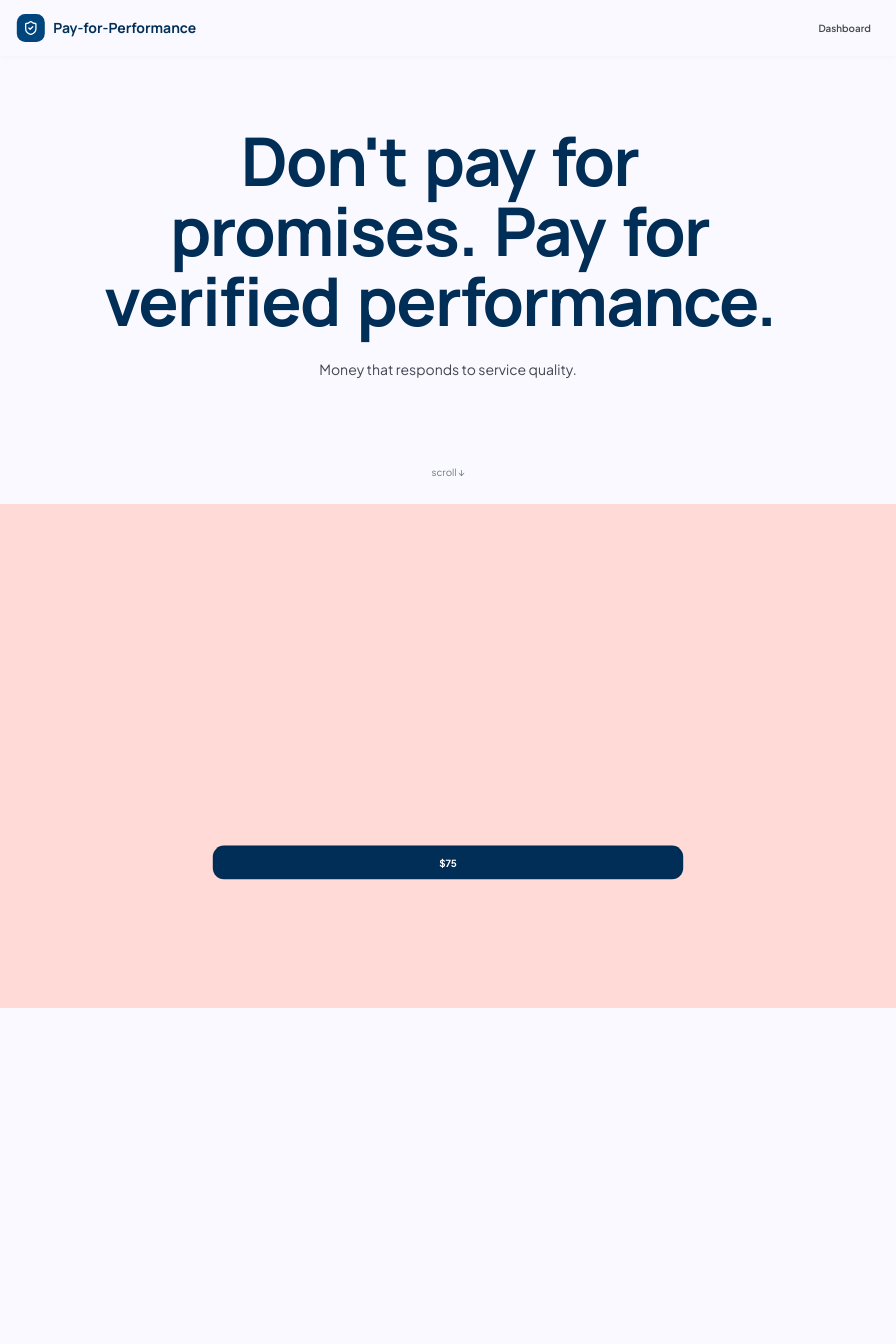
Repository: ParasChavan02/Pay-for-Performance
Page: / (app in frontend/)
An editor plug-in stored every save of this project. The page is shown before and after the next save, followed by the edit.
The browser window is 1280 px wide. The pictures show the part of the page from y = 0 to 1920 px (the page is 4328 px tall), at 70% of full size.
The project was rebuilt for these pictures with package versions that can differ from the ones it lists, and the page was loaded fresh each time. Some packages were replaced by stand-ins written for this rebuild. The framework's server and built-in components were replaced by stand-ins that run in the browser. Also part of the build but not shown: frontend/next.config.ts.

Above is the page before, as saved 2026-11-09 17:26:00.

### frontend/app/layout.tsx
import type { Metadata } from "next";
import { Manrope, Plus_Jakarta_Sans } from "next/font/google";
import "./globals.css";
import Navbar from "@/components/Navbar";
import SmoothScroll from "@/components/SmoothScroll";

const manrope = Manrope({ subsets: ["latin"], variable: "--font-manrope", weight: ["600", "700"] });
const jakarta = Plus_Jakarta_Sans({ subsets: ["latin"], variable: "--font-jakarta" });

export const metadata: Metadata = {
  title: "Pay-for-Performance",
  description: "Don't pay for promises. Pay for verified performance.",
};

export default function RootLayout({ children }: { children: React.ReactNode }) {
  return (
    <html lang="en">
      <body className={`${manrope.variable} ${jakarta.variable}`}>
        <SmoothScroll>
          <Navbar />
          {children}
        </SmoothScroll>
      </body>
    </html>
  );
}

### frontend/app/page.tsx
import SmoothScroll from "@/components/SmoothScroll";
import Hero from "@/components/Hero";
import ScrollStory from "@/components/ScrollStory";
import Finale from "@/components/Finale";

export default function Home() {
  return (
    <SmoothScroll>
      <main>
        <Hero />
        <ScrollStory />
        <Finale />
      </main>
    </SmoothScroll>
  );
}

### frontend/app/globals.css
@import "tailwindcss";

@theme inline {
  --color-background: #f9f9ff;
  --color-primary: #002e56;
  --color-primary-container: #00457c;
  --color-on-primary: #ffffff;
  --color-on-primary-container: #85b4f1;
  --color-secondary: #006d37;
  --color-on-secondary: #ffffff;
  --color-secondary-container: #91f8ad;
  --color-on-secondary-container: #00743b;
  --color-error: #ba1a1a;
  --color-error-container: #ffdad6;
  --color-on-surface: #111c2d;
  --color-on-surface-variant: #424750;
  --color-outline: #727781;
  --color-outline-variant: #c2c6d1;
  --color-surface-container-lowest: #ffffff;
  --color-surface-container-low: #f0f3ff;
  --color-surface-container: #e7eeff;
  --color-surface-container-high: #dee8ff;
  --color-surface-container-highest: #d8e3fb;

  --font-headline: var(--font-manrope);
  --font-body: var(--font-jakarta);
}

body {
  background: var(--color-background);
  color: var(--color-on-surface);
  font-family: var(--font-jakarta), sans-serif;
  -webkit-font-smoothing: antialiased;
}

### frontend/components/Navbar.tsx
import Link from "next/link";
import { ShieldCheck } from "lucide-react";

export default function Navbar() {
  return (
    <header className="fixed top-0 left-0 w-full z-50 bg-background/90 backdrop-blur-xl shadow-[0_1px_8px_rgba(0,0,0,0.04)]">
      <div className="h-20 max-w-[1280px] mx-auto px-6 flex items-center justify-between">
        <Link href="/" className="flex items-center gap-3">
          <div className="w-10 h-10 rounded-xl bg-primary-container text-on-primary flex items-center justify-center">
            <ShieldCheck size={22} />
          </div>
          <span className="font-headline font-bold text-xl text-primary">
            Pay-for-Performance
          </span>
        </Link>
        <nav className="flex items-center gap-2">
          <Link href="/dashboard" className="px-3 py-2 rounded-lg text-sm font-semibold text-on-surface-variant hover:bg-surface-container">
            Dashboard
          </Link>
        </nav>
      </div>
    </header>
  );
}

### frontend/components/SmoothScroll.tsx
"use client";
import { useEffect } from "react";
import Lenis from "lenis";

export default function SmoothScroll({
  children,
}: {
  children: React.ReactNode;
}) {
  useEffect(() => {
    const lenis = new Lenis({ lerp: 0.1, anchors: true });
    let id: number;

    const raf = (time: number) => {
      lenis.raf(time);
      id = requestAnimationFrame(raf);
    };
    id = requestAnimationFrame(raf);

    return () => {
      cancelAnimationFrame(id);
      lenis.destroy();
    };
  }, []);

  return <>{children}</>;
}

### frontend/components/Hero.tsx
"use client";
import { motion } from "motion/react";

const words = "Don't pay for promises. Pay for verified performance.".split(" ");

export default function Hero() {
  return (
    <section className="h-screen flex flex-col items-center justify-center text-center px-6 relative">
      <h1 className="font-headline font-bold text-primary tracking-tight text-5xl md:text-8xl max-w-5xl leading-[1.05]">
        {words.map((word, i) => (
          <motion.span
            key={i}
            initial={{ opacity: 0, y: 30, filter: "blur(8px)" }}
            animate={{ opacity: 1, y: 0, filter: "blur(0px)" }}
            transition={{
              delay: i * 0.08,
              duration: 0.7,
              ease: [0.22, 1, 0.36, 1],
            }}
            className="inline-block mr-[0.25em]"
          >
            {word}
          </motion.span>
        ))}
      </h1>

      <motion.p
        initial={{ opacity: 0 }}
        animate={{ opacity: 1 }}
        transition={{ delay: 1.2, duration: 1 }}
        className="mt-8 text-xl text-on-surface-variant"
      >
        Money that responds to service quality.
      </motion.p>

      <motion.div
        animate={{ y: [0, 8, 0] }}
        transition={{ repeat: Infinity, duration: 1.8 }}
        className="absolute bottom-10 text-outline text-sm"
      >
        scroll ↓
      </motion.div>
    </section>
  );
}

### frontend/components/ScrollStory.tsx
"use client";
import { useRef } from "react";
import { motion, useScroll, useTransform } from "motion/react";

export default function ScrollStory() {
  const ref = useRef<HTMLDivElement>(null);

  const { scrollYProgress: p } = useScroll({
    target: ref,
    offset: ["start start", "end end"],
  });

  // text fades in and out at different scroll points
  const t1 = useTransform(p, [0, 0.08, 0.28, 0.35], [0, 1, 1, 0]);
  const t2 = useTransform(p, [0.35, 0.42, 0.6, 0.66], [0, 1, 1, 0]);
  const t3 = useTransform(p, [0.66, 0.74, 1], [0, 1, 1]);

  // background turns red during the outage
  const bg = useTransform(
    p,
    [0.3, 0.45, 0.62, 0.7],
    ["#f9f9ff", "#ffdad6", "#ffdad6", "#f9f9ff"]
  );

  // uptime number falls from 100 to 97
  const uptime = useTransform(p, [0.35, 0.5], [100, 97]);
  const uptimeText = useTransform(uptime, (v) => `${v.toFixed(1)}%`);

  // green credit slice grows from 0 to 25%
  const creditW = useTransform(p, [0.7, 0.88], ["0%", "25%"]);

  return (
    <div ref={ref} className="h-[400vh] relative">
      <motion.div
        style={{ backgroundColor: bg }}
        className="sticky top-0 h-screen flex flex-col items-center justify-center px-6"
      >
        <div className="relative h-64 w-full max-w-4xl text-center">
          <motion.div
            style={{ opacity: t1 }}
            className="absolute inset-0 flex flex-col items-center justify-center"
          >
            <p className="text-sm font-bold uppercase text-secondary mb-3">Step 1</p>
            <h2 className="font-headline font-bold text-5xl md:text-7xl text-primary">
              $100 authorized.
            </h2>
            <p className="text-xl text-on-surface-variant mt-4">
              Held on PayPal. Not paid yet.
            </p>
          </motion.div>

          <motion.div
            style={{ opacity: t2 }}
            className="absolute inset-0 flex flex-col items-center justify-center"
          >
            <p className="text-sm font-bold uppercase text-error mb-3">Step 2</p>
            <h2 className="font-headline font-bold text-5xl md:text-7xl text-error">
              Uptime <motion.span>{uptimeText}</motion.span>
            </h2>
            <p className="text-xl text-on-surface-variant mt-4">
              The promise was 99.9%. Outage detected.
            </p>
          </motion.div>

          <motion.div
            style={{ opacity: t3 }}
            className="absolute inset-0 flex flex-col items-center justify-center"
          >
            <p className="text-sm font-bold uppercase text-secondary mb-3">Step 3</p>
            <h2 className="font-headline font-bold text-5xl md:text-7xl text-primary">
              Pay only for what worked.
            </h2>
            <p className="text-xl text-on-surface-variant mt-4">
              $25 credited back. $75 captured.
            </p>
          </motion.div>
        </div>

        <div className="mt-12 w-full max-w-2xl h-12 rounded-2xl overflow-hidden flex shadow-inner bg-primary">
          <motion.div
            style={{ width: creditW }}
            className="bg-secondary flex items-center justify-center text-on-secondary text-sm font-bold overflow-hidden"
          >
            $25
          </motion.div>
          <div className="flex-1 flex items-center justify-center text-on-primary text-sm font-bold">
            $75
          </div>
        </div>
      </motion.div>
    </div>
  );
}

### frontend/components/Finale.tsx
"use client";
import Link from "next/link";
import { motion } from "motion/react";

const steps = [
  { n: "01", t: "Understand", d: "AI reads the SLA and extracts every promise." },
  { n: "02", t: "Verify", d: "Live monitoring proves what actually happened." },
  { n: "03", t: "Settle", d: "A rules engine, not an LLM, calculates the money." },
];

export default function Finale() {
  return (
    <section className="py-32 px-6 max-w-[1280px] mx-auto">
      <div className="grid md:grid-cols-3 gap-8">
        {steps.map((s, i) => (
          <motion.div
            key={s.n}
            initial={{ opacity: 0, y: 50 }}
            whileInView={{ opacity: 1, y: 0 }}
            viewport={{ once: true, margin: "-100px" }}
            transition={{ delay: i * 0.15, duration: 0.8, ease: [0.22, 1, 0.36, 1] }}
            className="p-8 rounded-3xl bg-surface-container-lowest shadow-sm"
          >
            <p className="font-headline font-bold text-secondary text-sm mb-4">{s.n}</p>
            <h3 className="font-headline font-bold text-3xl text-primary mb-3">{s.t}</h3>
            <p className="text-on-surface-variant">{s.d}</p>
          </motion.div>
        ))}
      </div>

      <div className="text-center mt-32">
        <h2 className="font-headline font-bold text-5xl md:text-6xl text-primary mb-8">
          See it live.
        </h2>
        <Link
          href="/dashboard"
          className="inline-block px-8 py-4 rounded-full bg-primary text-on-primary font-semibold hover:bg-primary-container transition-colors"
        >
          Open dashboard
        </Link>
      </div>
    </section>
  );
}

After the next save:
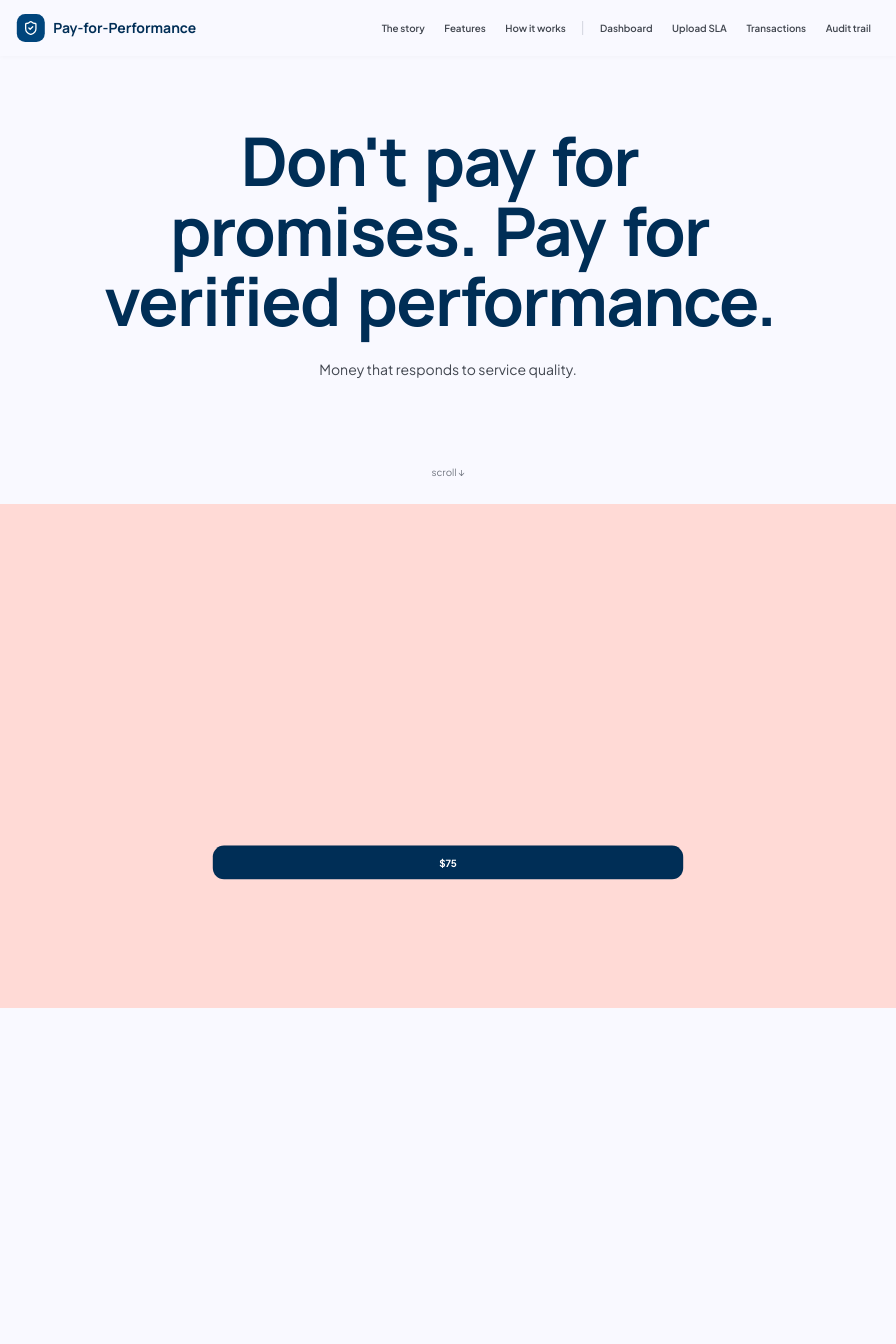
Saved 51 s later.
--- a/frontend/components/Navbar.tsx
+++ b/frontend/components/Navbar.tsx
@@ -1,24 +1,67 @@
+"use client";
 import Link from "next/link";
-import { ShieldCheck } from "lucide-react";
+import { usePathname } from "next/navigation";
+import { useState } from "react";
+import { ShieldCheck, Menu, X } from "lucide-react";
+
+const storyLinks = [
+  { href: "/#story", label: "The story" },
+  { href: "/#features", label: "Features" },
+  { href: "/#how", label: "How it works" },
+];
+
+const appLinks = [
+  { href: "/dashboard", label: "Dashboard" },
+  { href: "/upload", label: "Upload SLA" },
+  { href: "/transactions", label: "Transactions" },
+  { href: "/audit", label: "Audit trail" },
+];
 
 export default function Navbar() {
+  const pathname = usePathname();
+  const [open, setOpen] = useState(false);
+
+  const linkClass = (href: string) =>
+    `px-3 py-2 rounded-lg text-sm font-semibold transition-colors ${
+      pathname === href
+        ? "bg-surface-container text-primary"
+        : "text-on-surface-variant hover:text-on-surface hover:bg-surface-container"
+    }`;
+
   return (
-    <header className="fixed top-0 left-0 w-full z-50 bg-background/90 backdrop-blur-xl shadow-[0_1px_8px_rgba(0,0,0,0.04)]">
+    <header className="fixed top-0 left-0 w-full z-50 bg-background/80 backdrop-blur-xl shadow-[0_1px_8px_rgba(0,0,0,0.04)]">
       <div className="h-20 max-w-[1280px] mx-auto px-6 flex items-center justify-between">
         <Link href="/" className="flex items-center gap-3">
           <div className="w-10 h-10 rounded-xl bg-primary-container text-on-primary flex items-center justify-center">
             <ShieldCheck size={22} />
           </div>
-          <span className="font-headline font-bold text-xl text-primary">
-            Pay-for-Performance
-          </span>
+          <span className="font-headline font-bold text-xl text-primary">Pay-for-Performance</span>
         </Link>
-        <nav className="flex items-center gap-2">
-          <Link href="/dashboard" className="px-3 py-2 rounded-lg text-sm font-semibold text-on-surface-variant hover:bg-surface-container">
-            Dashboard
-          </Link>
+
+        <nav className="hidden lg:flex items-center gap-1">
+          {storyLinks.map((l) => (
+            <Link key={l.href} href={l.href} className={linkClass(l.href)}>{l.label}</Link>
+          ))}
+          <span className="mx-2 h-5 w-px bg-outline-variant" />
+          {appLinks.map((l) => (
+            <Link key={l.href} href={l.href} className={linkClass(l.href)}>{l.label}</Link>
+          ))}
         </nav>
+
+        <button className="lg:hidden p-2 text-primary" onClick={() => setOpen(!open)} aria-label="Menu">
+          {open ? <X size={24} /> : <Menu size={24} />}
+        </button>
       </div>
+
+      {open && (
+        <nav className="lg:hidden bg-background border-t border-surface-container px-6 py-4 flex flex-col gap-1">
+          {[...storyLinks, ...appLinks].map((l) => (
+            <Link key={l.href} href={l.href} onClick={() => setOpen(false)} className={linkClass(l.href)}>
+              {l.label}
+            </Link>
+          ))}
+        </nav>
+      )}
     </header>
   );
 }
